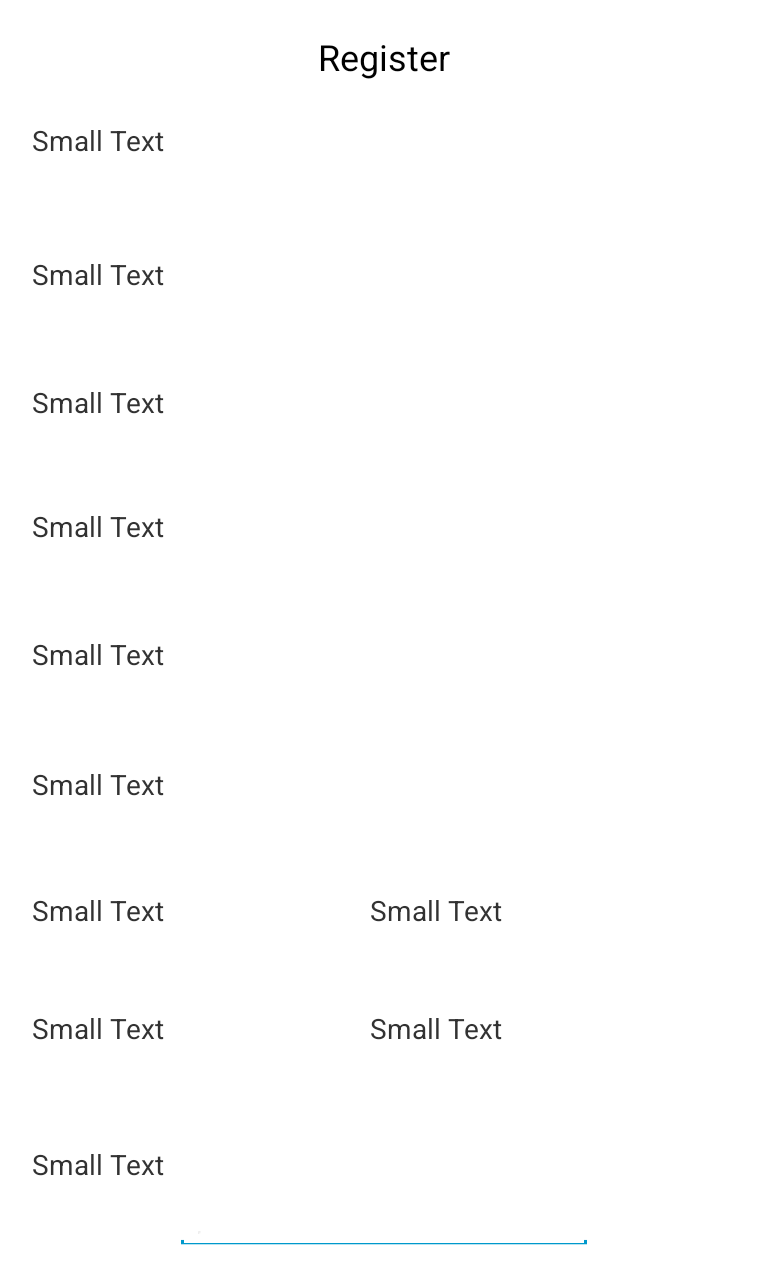
Repository: seth-skocelas/PHMS
Layout: PHMS/res/layout/activity_register.xml
These files come from the project's save history. The layout is drawn as it stood at one moment and after the next save; the edit follows.
It is drawn on a 768 x 1280 px phone screen (xhdpi) without system bars, with theme AppTheme; the app's code is not run.

Above is the layout before, as saved 2014-04-03 16:36:34.

### PHMS/res/layout/activity_register.xml



<RelativeLayout xmlns:android="http://schemas.android.com/apk/res/android"
    xmlns:tools="http://schemas.android.com/tools"
    android:layout_width="match_parent"
    android:layout_height="match_parent"
    android:paddingBottom="@dimen/activity_vertical_margin"
    android:paddingLeft="@dimen/activity_horizontal_margin"
    android:paddingRight="@dimen/activity_horizontal_margin"
    android:paddingTop="@dimen/activity_vertical_margin"
    tools:context=".RegisterActivity" >

    <TextView
        android:id="@+id/textView1"
        android:layout_width="wrap_content"
        android:layout_height="wrap_content"
        android:layout_alignParentTop="true"
        android:layout_centerHorizontal="true"
        android:text="@string/register"
        android:textAppearance="?android:attr/textAppearanceMedium" />

    <TextView
        android:id="@+id/textView2"
        android:layout_width="wrap_content"
        android:layout_height="wrap_content"
        android:layout_alignParentLeft="true"
        android:layout_below="@+id/textView1"
        android:layout_marginTop="20dp"
        android:text="Small Text"
        android:textAppearance="?android:attr/textAppearanceSmall" />

    <TextView
        android:id="@+id/textView12"
        android:layout_width="wrap_content"
        android:layout_height="wrap_content"
        android:layout_alignBottom="@+id/textView9"
        android:layout_alignRight="@+id/textView11"
        android:text="Small Text"
        android:textAppearance="?android:attr/textAppearanceSmall" />

    <Button
        android:id="@+id/button2"
        style="?android:attr/buttonStyleSmall"
        android:layout_width="wrap_content"
        android:layout_height="wrap_content"
        android:layout_alignParentRight="true"
        android:layout_alignTop="@+id/button1"
        android:text="Button" />

    <Button
        android:id="@+id/button1"
        style="?android:attr/buttonStyleSmall"
        android:layout_width="wrap_content"
        android:layout_height="wrap_content"
        android:layout_alignLeft="@+id/textView10"
        android:layout_below="@+id/editText1"
        android:layout_marginTop="91dp"
        android:text="Button" />

    <EditText
        android:id="@+id/editText1"
        android:layout_width="wrap_content"
        android:layout_height="wrap_content"
        android:layout_below="@+id/textView10"
        android:layout_centerHorizontal="true"
        android:layout_marginTop="17dp"
        android:ems="10" >

        <requestFocus />
    </EditText>

    <TextView
        android:id="@+id/textView11"
        android:layout_width="wrap_content"
        android:layout_height="wrap_content"
        android:layout_alignBaseline="@+id/textView8"
        android:layout_alignBottom="@+id/textView8"
        android:layout_alignLeft="@+id/textView1"
        android:layout_marginLeft="26dp"
        android:text="Small Text"
        android:textAppearance="?android:attr/textAppearanceSmall" />

    <TextView
        android:id="@+id/textView8"
        android:layout_width="wrap_content"
        android:layout_height="wrap_content"
        android:layout_alignLeft="@+id/textView7"
        android:layout_below="@+id/textView7"
        android:layout_marginTop="103dp"
        android:text="Small Text"
        android:textAppearance="?android:attr/textAppearanceSmall" />

    <TextView
        android:id="@+id/textView9"
        android:layout_width="wrap_content"
        android:layout_height="wrap_content"
        android:layout_above="@+id/textView11"
        android:layout_alignLeft="@+id/textView8"
        android:layout_marginBottom="40dp"
        android:text="Small Text"
        android:textAppearance="?android:attr/textAppearanceSmall" />

    <TextView
        android:id="@+id/textView10"
        android:layout_width="wrap_content"
        android:layout_height="wrap_content"
        android:layout_alignLeft="@+id/textView8"
        android:layout_below="@+id/textView8"
        android:layout_marginTop="49dp"
        android:text="Small Text"
        android:textAppearance="?android:attr/textAppearanceSmall" />

    <TextView
        android:id="@+id/textView7"
        android:layout_width="wrap_content"
        android:layout_height="wrap_content"
        android:layout_alignLeft="@+id/textView6"
        android:layout_below="@+id/textView6"
        android:layout_marginTop="46dp"
        android:text="Small Text"
        android:textAppearance="?android:attr/textAppearanceSmall" />

    <TextView
        android:id="@+id/textView6"
        android:layout_width="wrap_content"
        android:layout_height="wrap_content"
        android:layout_alignLeft="@+id/textView5"
        android:layout_below="@+id/textView5"
        android:layout_marginTop="45dp"
        android:text="Small Text"
        android:textAppearance="?android:attr/textAppearanceSmall" />

    <TextView
        android:id="@+id/textView4"
        android:layout_width="wrap_content"
        android:layout_height="wrap_content"
        android:layout_alignLeft="@+id/textView3"
        android:layout_below="@+id/textView3"
        android:layout_marginTop="45dp"
        android:text="Small Text"
        android:textAppearance="?android:attr/textAppearanceSmall" />

    <TextView
        android:id="@+id/textView5"
        android:layout_width="wrap_content"
        android:layout_height="wrap_content"
        android:layout_alignLeft="@+id/textView4"
        android:layout_below="@+id/textView4"
        android:layout_marginTop="43dp"
        android:text="Small Text"
        android:textAppearance="?android:attr/textAppearanceSmall" />

    <TextView
        android:id="@+id/textView3"
        android:layout_width="wrap_content"
        android:layout_height="wrap_content"
        android:layout_alignLeft="@+id/textView2"
        android:layout_below="@+id/textView2"
        android:layout_marginTop="48dp"
        android:text="Small Text"
        android:textAppearance="?android:attr/textAppearanceSmall" />

</RelativeLayout>

### PHMS/res/values/strings.xml
<?xml version="1.0" encoding="utf-8"?>
<resources>

    <string name="app_name">PHMS</string>
    <string name="hello_world">Hello world!</string>
    <string name="action_settings">Settings</string>
    <string name="welcome">Welcome to the Personal Health Monitoring System!</string>
    <string name="password">Password</string>
    <string name="options">Please login or register:</string>
    <string name="login">Login</string>
    <string name="register">Register</string>
    <string name="recover">Recover</string>
    <string name="title_activity_register">Register</string>
    <string name="firstname">First Name:</string>
    <string name="lastname">Last Name:</string>
    <string name="username">Username:</string>
    <string name="cancel">Cancel</string>
    <string name="email">Email Address:</string>
    <string name="phone">Phone Number:</string>
    <string name="height">Height:</string>
    <string name="weight">Weight:</string>
    <string name="age">Age:</string>
    <string name="docemail">Doctor\'s Email:</string>
    <string name="gender">Gender:</string>


</resources>

Loaded but not shown: PHMS/res/values/styles.xml (common file); PHMS/res/values-v11/styles.xml (common file); PHMS/res/values-v14/styles.xml (common file); PHMS/res/values/dimens.xml (common file); PHMS/res/values-w820dp/dimens.xml (common file)

After the next save:
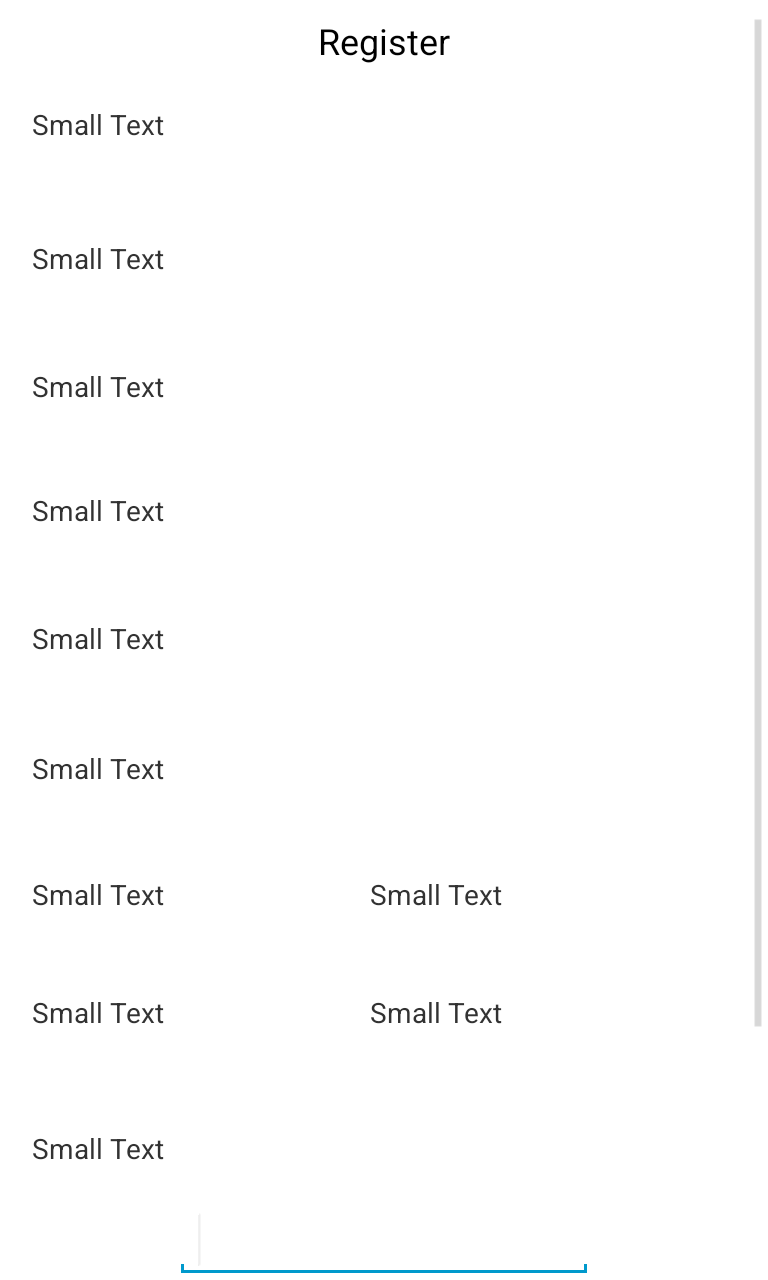
Saved 8 min 5 s later.
--- a/PHMS/res/layout/activity_register.xml
+++ b/PHMS/res/layout/activity_register.xml
@@ -1,4 +1,7 @@
-
+<ScrollView xmlns:android="http://schemas.android.com/apk/res/android"
+    android:layout_width="fill_parent"
+    android:layout_height="fill_parent"
+    >
 
 
 <RelativeLayout xmlns:android="http://schemas.android.com/apk/res/android"
@@ -162,3 +165,5 @@
         android:textAppearance="?android:attr/textAppearanceSmall" />
 
 </RelativeLayout>
+
+</ScrollView>
